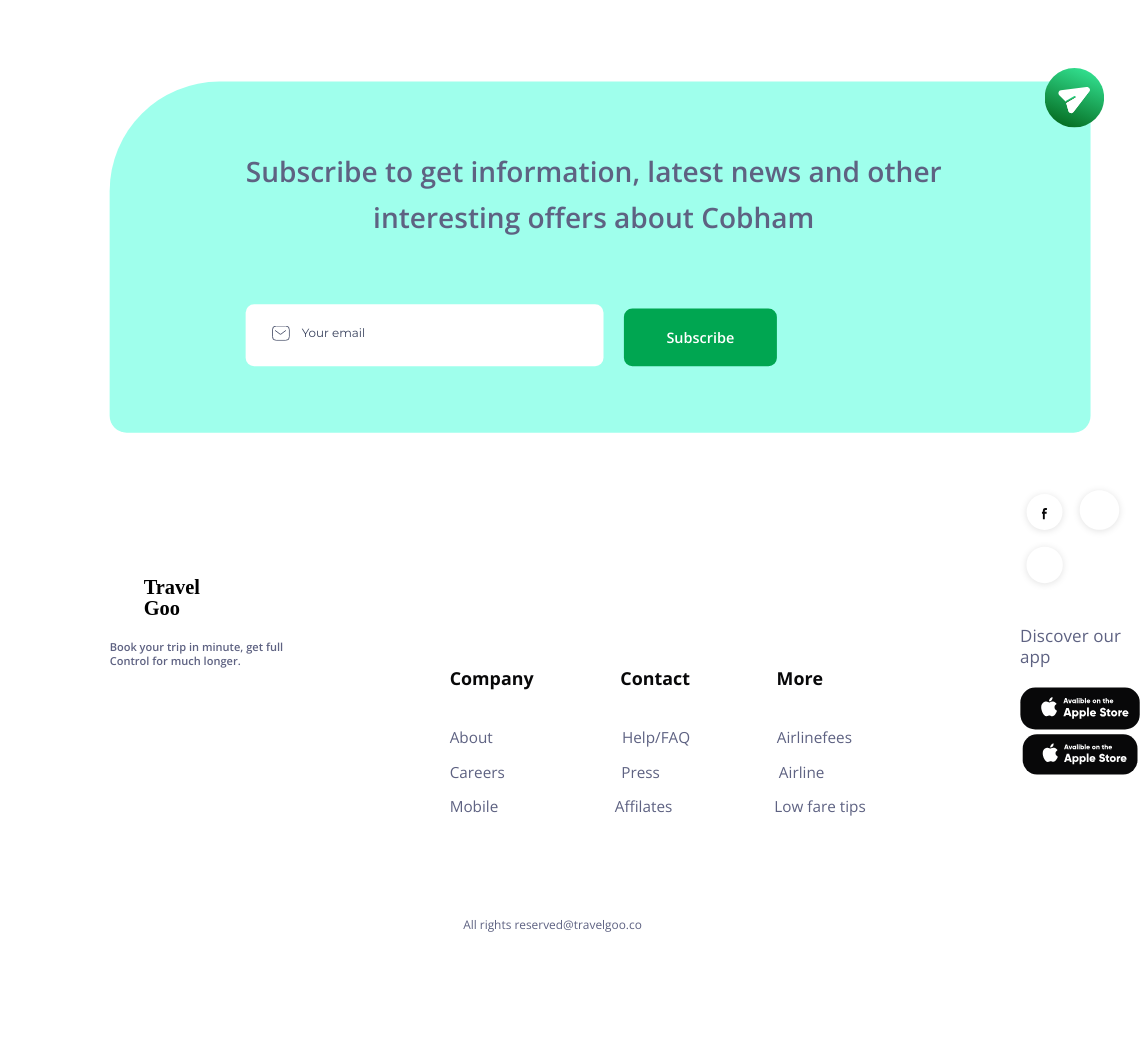
Repository: HeybetzadeQedim/task-5
Page: index.html
The author's editor kept a copy of each file at every save. The page is drawn from the files as they stood at one save, then again after the next save.
The browser window is 1280 px wide. The page is 1341 px wide, so the pictures cover 1341 px, including what lies to the right of the window. The pictures show the whole page, at 85% of full size.
Some web fonts or font styles are not loaded; a fallback is used.

Above is the page before, as saved 2023-10-16 15:49:38.

After the next save:
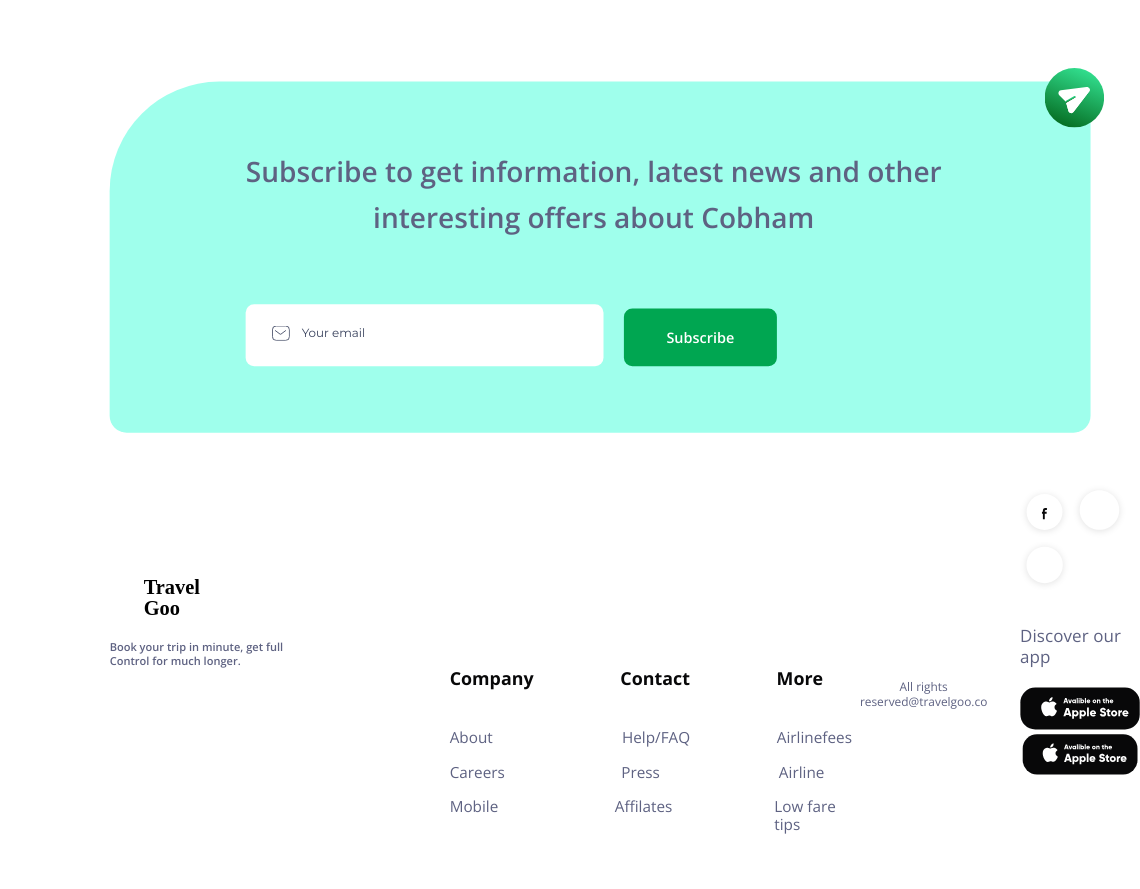
Saved 60 s later.
--- a/index.css
+++ b/index.css
@@ -77,7 +77,9 @@
   font-weight: 600;
   line-height: normal;
 }
-
+.main-container{
+  display: flex;
+}
 .position-container {
   /* position: absolute; */
 }
